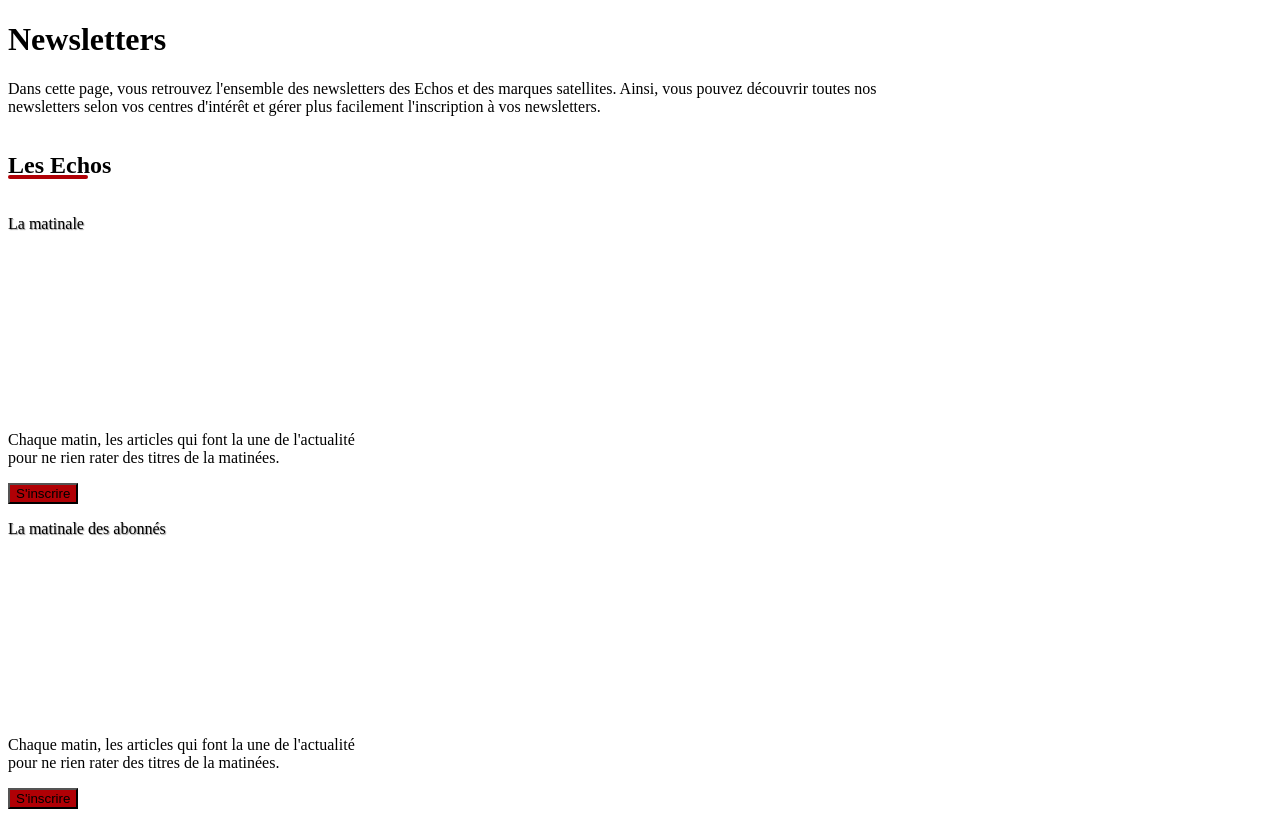
Repository: JeremyBeherec/technical-test-les-echos
Page: /
The author's editor kept a copy of each file at every save. The page is drawn from the files as they stood at one save, then again after the next save.
The browser window is 1280 px wide. The pictures show the whole page.
The project was rebuilt for these pictures with package versions that can differ from the ones it lists, and the page was loaded fresh each time. Also part of the build but not shown: vite.config.ts.

Above is the page before, as saved 2024-04-17 15:49:56.

After the next save:
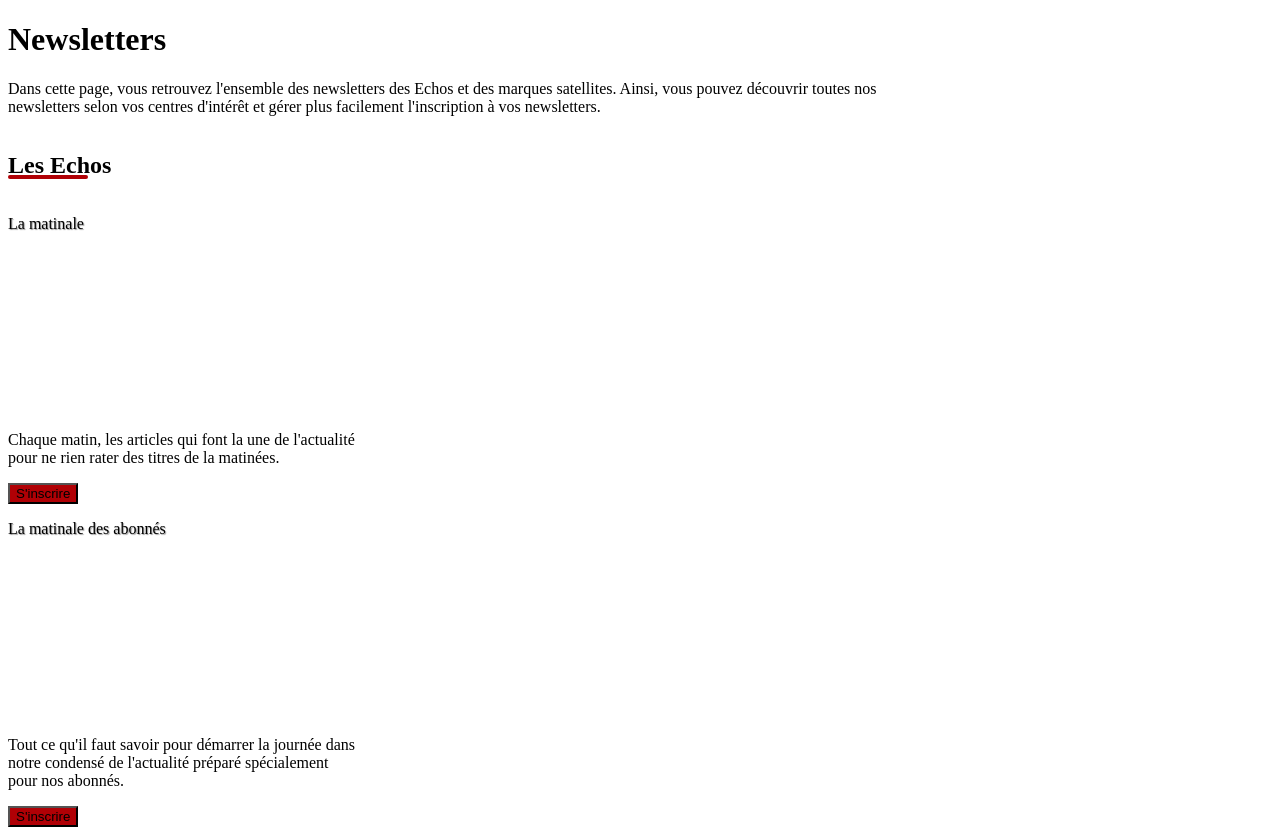
Saved 50 s later.
--- a/src/components/pages/Newsletters/Newsletters.tsx
+++ b/src/components/pages/Newsletters/Newsletters.tsx
@@ -21,7 +21,7 @@
 
             <Article
               title="La matinale des abonnés"
-              description="Chaque matin, les articles qui font la une de l'actualité pour ne rien rater des titres de la matinées."
+              description="Tout ce qu'il faut savoir pour démarrer la journée dans notre condensé de l'actualité préparé spécialement pour nos abonnés."
               type="register"
             />
           </div>
